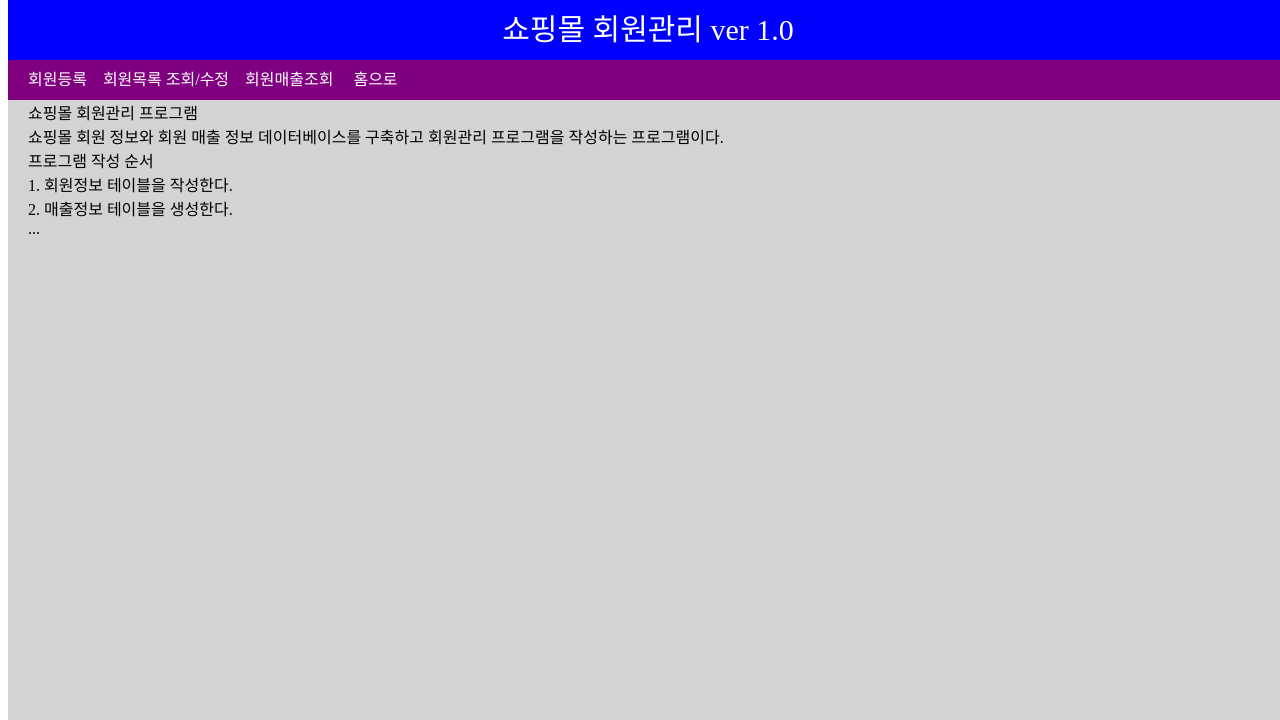
Repository: haileylee94/mini-project
Page: http://localhost/hrd/
An editor plug-in stored every save of this project. The page is shown before and after the next save, followed by the edit.
The browser window is 1280 px wide. The pictures show the whole page.
The page is served by Tomcat 9. Other server files are loaded and not shown.

Above is the page before, as saved 2022-11-17 10:24:32.

### hrd/WebContent/index.jsp
<%@ page language="java" contentType="text/html; charset=UTF-8"
    pageEncoding="UTF-8"%>
<!DOCTYPE html>
<html>
<head>
<meta charset="UTF-8">
<title>index</title>
<style type="text/css">
	header{
		position:fixed;
		top:0px;
		width:100%;
		height: 60px;
		background-color: blue;
		color: white;
		text-align: center;
		line-height: 60px;
		font-size: 30px;
	}
	nav{
		position: fixed;
		top: 60px;
		width: 100%;
		height: 40px;
		background-color: purple;
		line-height: 40px;
		padding-left: 20px;
		color: #fff;
	}
	section{
		position: fixed;
		top: 100px;
		background-color: lightgray;
		height: 100%;
		width: 100%;
		padding-left: 20px;
	}
</style>
</head>
<body>
	<header>
		쇼핑몰 회원관리 ver 1.0
	</header>
	<nav>
		회원등록 &nbsp;&nbsp;	회원목록 조회/수정 &nbsp;&nbsp;	회원매출조회 &nbsp;&nbsp;&nbsp;	홈으로
	</nav>
	<section>
		쇼핑몰 회원관리 프로그램<br>
		쇼핑몰 회원 정보와 회원 매출 정보 데이터베이스를 구축하고 회원관리 프로그램을 작성하는 프로그램이다.<br>
		프로그램 작성 순서<br>
		1. 회원정보 테이블을 작성한다.<br>
		2. 매출정보 테이블을 생성한다.<br>
		...
	</section>
</body>
</html>

After the next save:
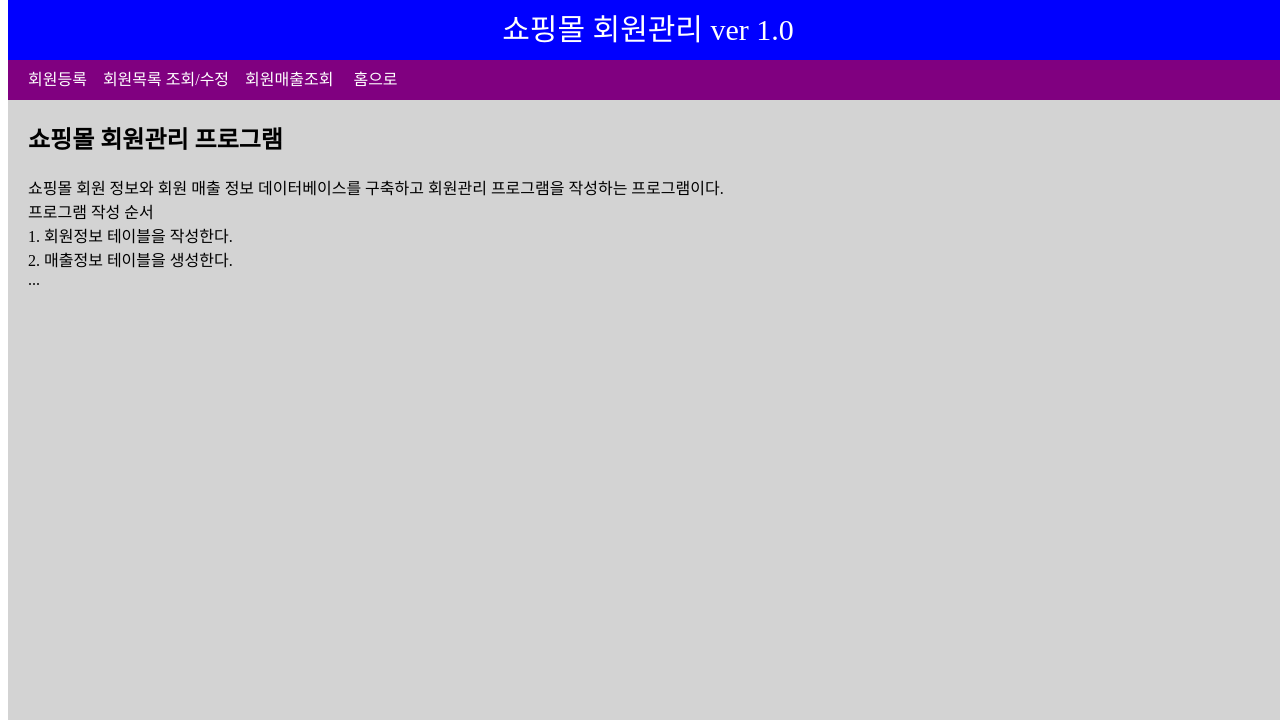
Saved 26 s later.
--- a/hrd/WebContent/index.jsp
+++ b/hrd/WebContent/index.jsp
@@ -45,7 +45,7 @@
 		회원등록 &nbsp;&nbsp;	회원목록 조회/수정 &nbsp;&nbsp;	회원매출조회 &nbsp;&nbsp;&nbsp;	홈으로
 	</nav>
 	<section>
-		쇼핑몰 회원관리 프로그램<br>
+		<h1>쇼핑몰 회원관리 프로그램<br></h1>
 		쇼핑몰 회원 정보와 회원 매출 정보 데이터베이스를 구축하고 회원관리 프로그램을 작성하는 프로그램이다.<br>
 		프로그램 작성 순서<br>
 		1. 회원정보 테이블을 작성한다.<br>
